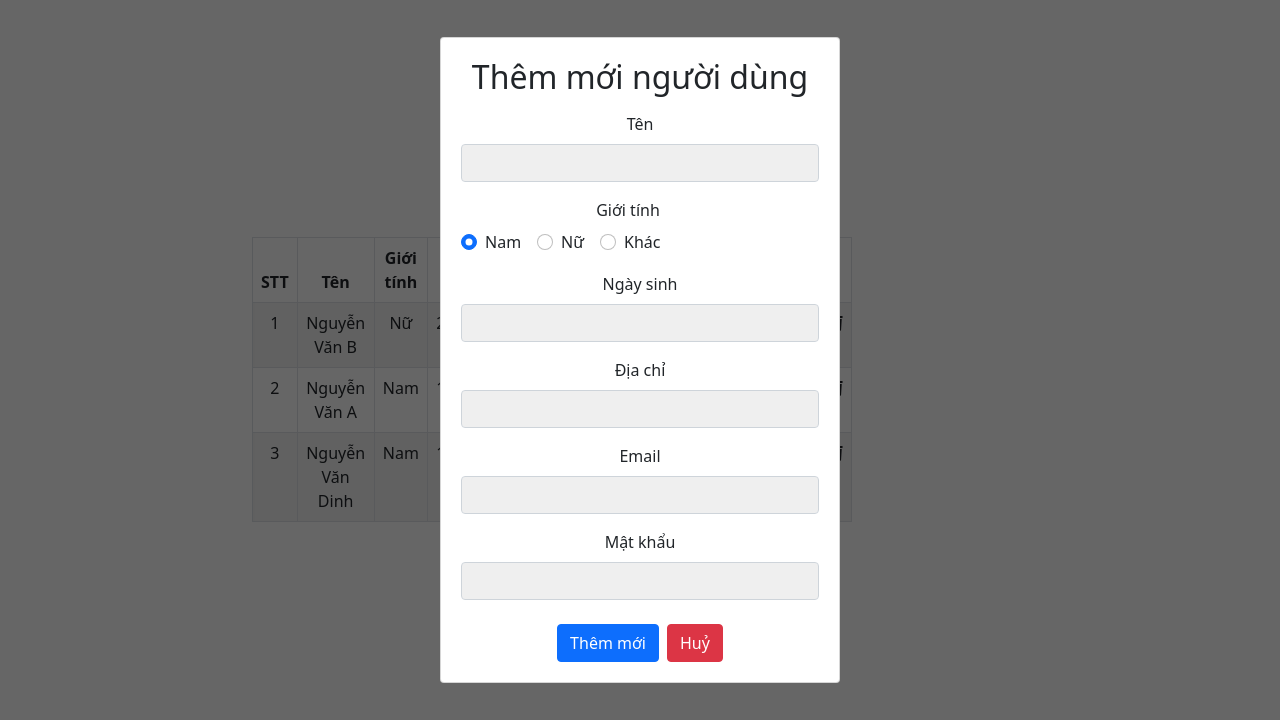
Repository: TinhTT336/MD02_Session12
Page: / (app in client/), after clicking the first element matching `button.btn`
An editor plug-in stored every save of this project. The page is shown before and after the next save, followed by the edit.
The browser window is 1280 px wide. The pictures show the whole page.
The project was rebuilt for these pictures with package versions that can differ from the ones it lists, and the page was loaded fresh each time. Requests to the local data server were answered from the project's data file. Also part of the build but not shown: client/vite.config.js, client/src/utils/formatData.js, client/src/components/admin/manager-product/FormAdd.jsx, client/src/components/admin/manager-product/FormEdit.jsx, client/src/pages/product/ListProduct.jsx, client/src/components/admin/manager-user/FormEditUser.jsx.

Above is the page before, as saved 2023-09-12 08:35:30.

After the next save:
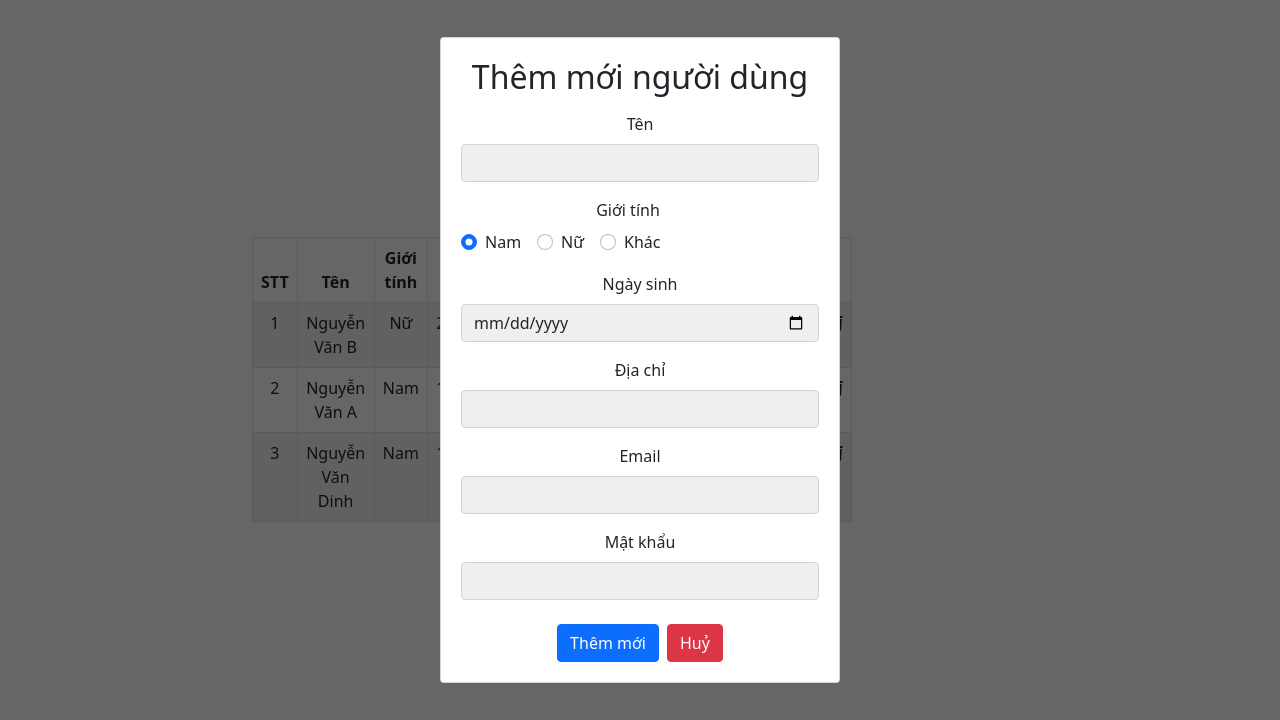
Saved 2 min 1 s later.
--- a/client/src/components/admin/manager-user/FormAddUser.jsx
+++ b/client/src/components/admin/manager-user/FormAddUser.jsx
@@ -99,7 +99,7 @@ export default function FormAddUser({ handleClose, loadData }) {
                         <label htmlFor="dateOfBirth" className="form-label">
                             Ngày sinh
                         </label>
-                        <input type="text" className="form-control" name="dateOfBirth" id="dateOfBirth" onChange={handleChange} />
+                        <input type="date" className="form-control" name="dateOfBirth" id="dateOfBirth" onChange={handleChange} />
                     </div>
                     <div className="mb-3">
                         <label htmlFor="address" className="form-label">
